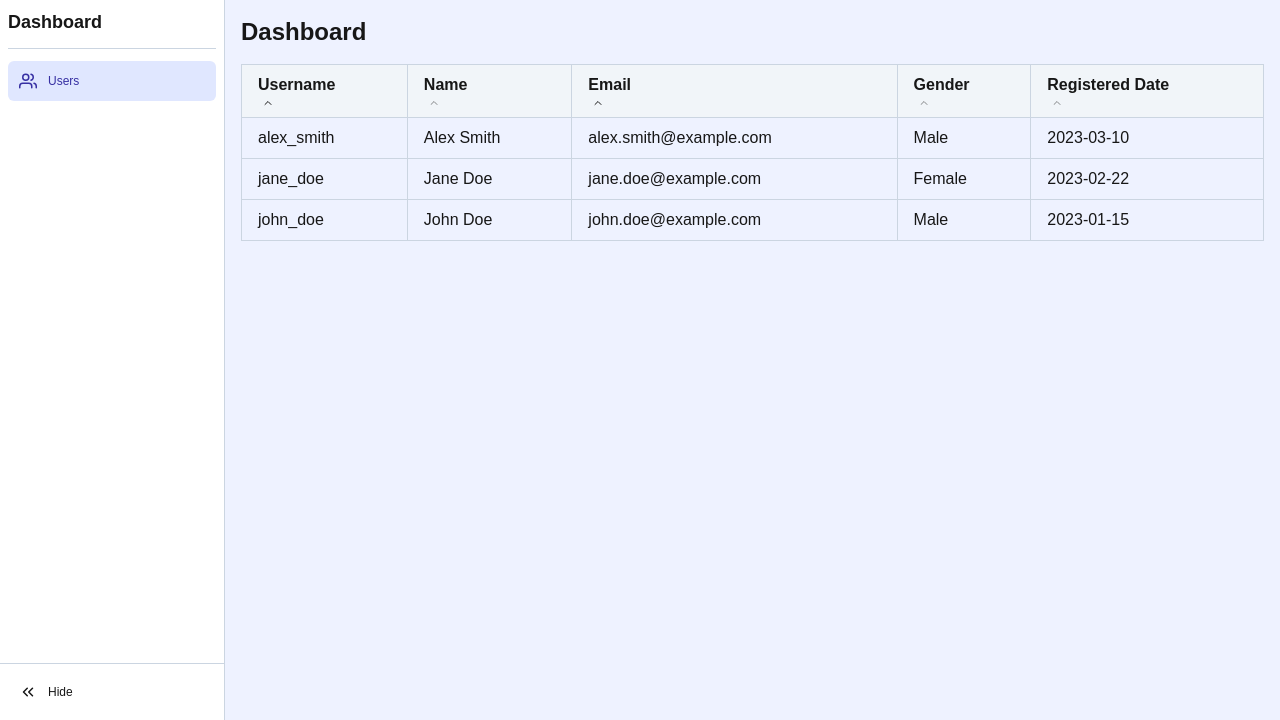
Repository: Ademaulana100499/userdashboard
Page: /
The author's editor kept a copy of each file at every save. The page is drawn from the files as they stood at one save, then again after the next save.
The browser window is 1280 px wide. The pictures show the whole page.
The project was rebuilt for these pictures with package versions that can differ from the ones it lists, and the page was loaded fresh each time. The framework's server and built-in components were replaced by stand-ins that run in the browser. Also part of the build but not shown: next.config.mjs.

Above is the page before, as saved 2025-02-14 18:48:41.

After the next save:
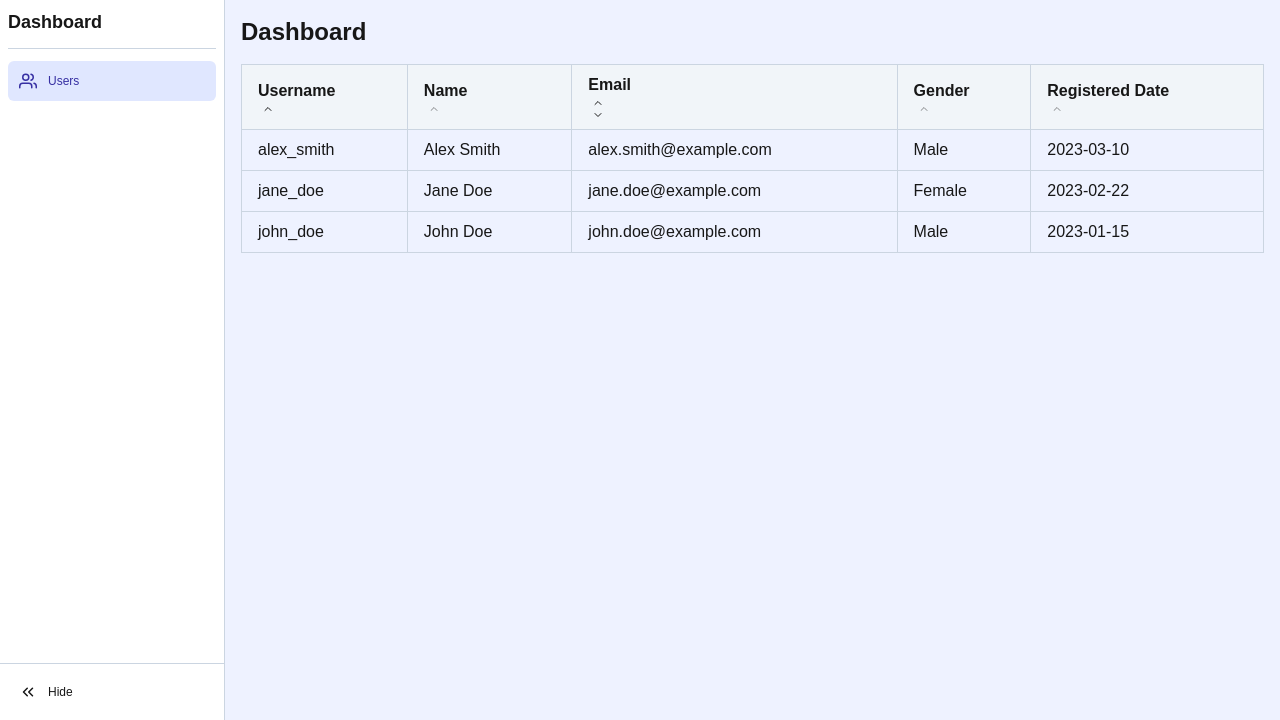
Saved 15 s later.
--- a/src/components/DashboardContent.jsx
+++ b/src/components/DashboardContent.jsx
@@ -84,6 +84,7 @@
               Email{" "}
               <div>
                 <FiChevronUp className="text-xs ml-1" />
+                <FiChevronDown className="text-xs ml-1" />
               </div>
             </th>
             <th

After the 3 saves that followed:
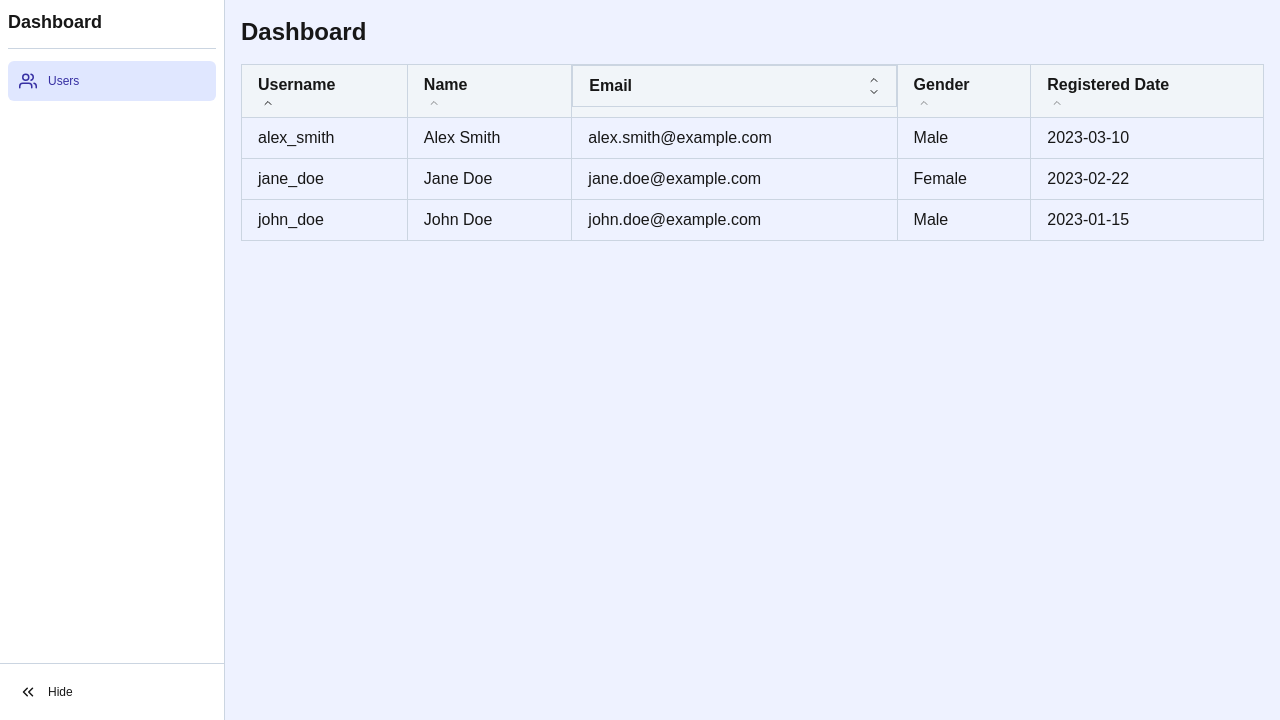
The 3 saves are shown as one change because 1 left the picture as it was and some came seconds apart.
The last was saved 53 s later.
--- a/src/components/DashboardContent.jsx
+++ b/src/components/DashboardContent.jsx
@@ -79,9 +79,9 @@
               Name {getArrowIcon("name")}
             </th>
             <th
-              className="border border-slate-300 px-4 py-2 text-left cursor-pointer"
+              className="border flex justify-between border-slate-300 px-4 py-2 text-left cursor-pointer"
               onClick={() => requestSort("email")}>
-              Email{" "}
+              <p>Email</p>
               <div>
                 <FiChevronUp className="text-xs ml-1" />
                 <FiChevronDown className="text-xs ml-1" />
